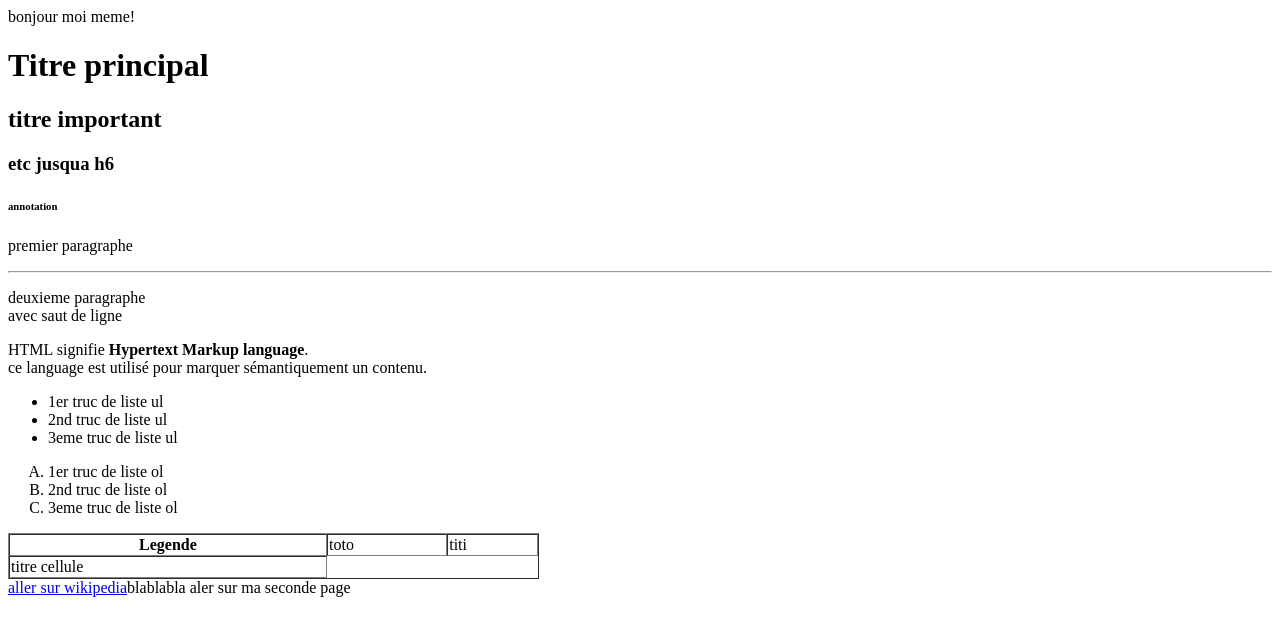
Repository: Poulpyto/fitec
Page: workspaceHtmlFlo/PremierTp_htmlCss/WebContent/index.html
The author's editor kept a copy of each file at every save. The page is drawn from the files as they stood at one save, then again after the next save.
The browser window is 1280 px wide. The pictures show the whole page.

Above is the page before, as saved 2017-04-03 10:24:19.

After the next save:
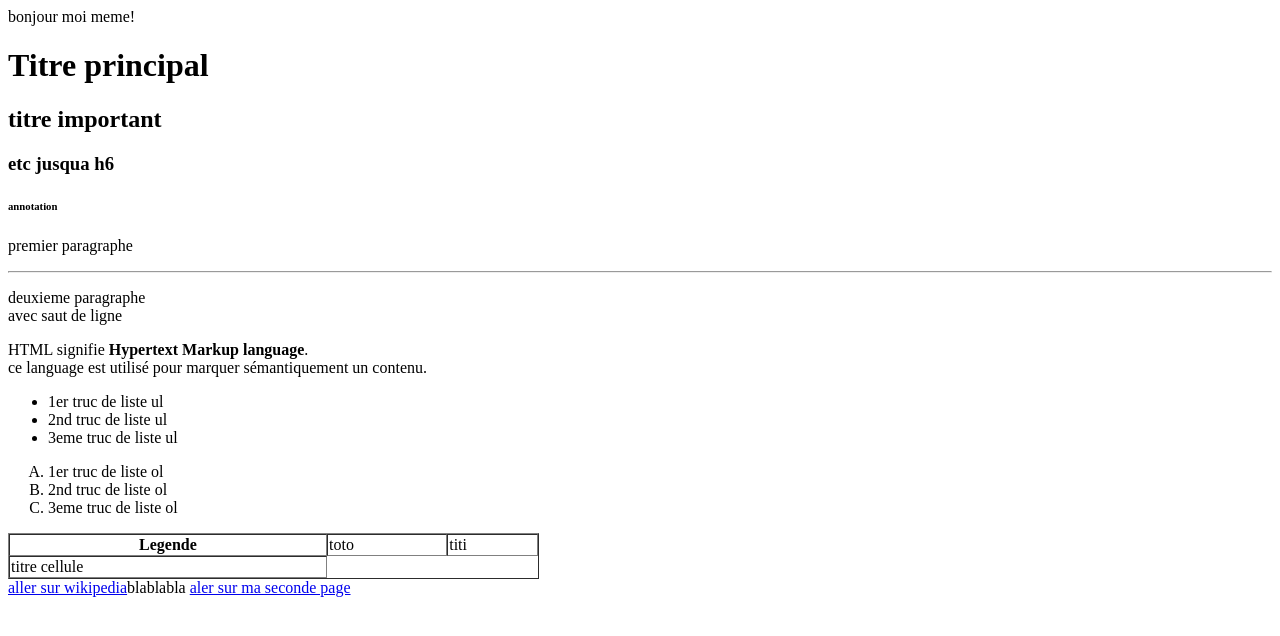
Saved 41 s later.
--- a/workspaceHtmlFlo/PremierTp_htmlCss/WebContent/index.html
+++ b/workspaceHtmlFlo/PremierTp_htmlCss/WebContent/index.html
@@ -41,7 +41,7 @@ HTML signifie <strong>Hypertext Markup language</strong>.
 </table>
 
 <a href="https://fr.wikipedia.org"> aller sur wikipedia</a>blablabla
-<a ref="C:\Users\Stagiaire\Desktop\workspaceHtmlFlo\PremierTp\WebContent\NewFile.html">aler sur ma seconde page</a>
+<a href="C:\Users\Stagiaire\Desktop\workspaceHtmlFlo\PremierTp\WebContent\NewFile.html">aler sur ma seconde page</a>
 <!-- test solo
 <div>
  toto de la div
